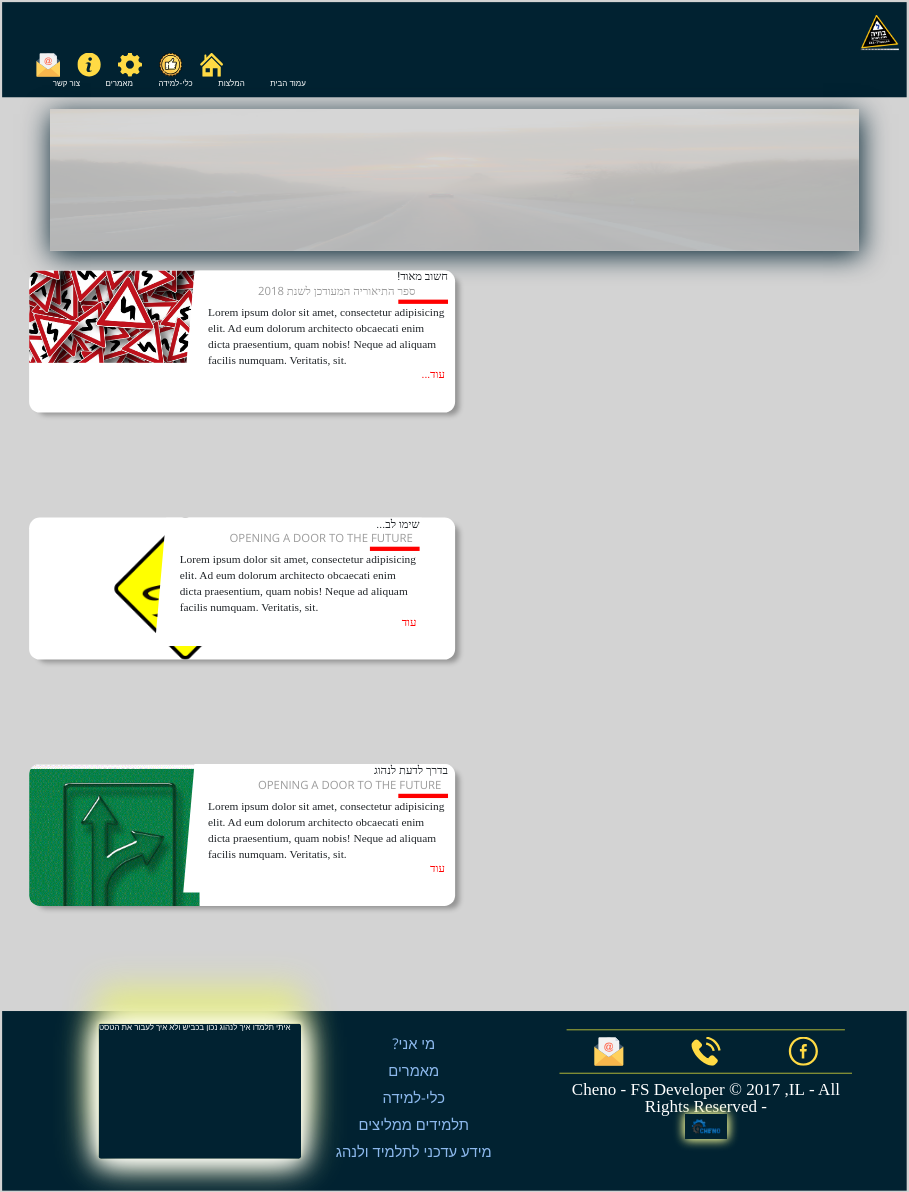
Repository: ChenGinsberg/BatyaLamed-site
Page: index.html
An editor plug-in stored every save of this project. The page is shown before and after the next save, followed by the edit.
The browser window is 1280 px wide. The pictures show the whole page, at 71% of full size.
Some web libraries are served in a nearby version.

Above is the page before, as saved 2017-11-14 01:14:51.

After the next save:
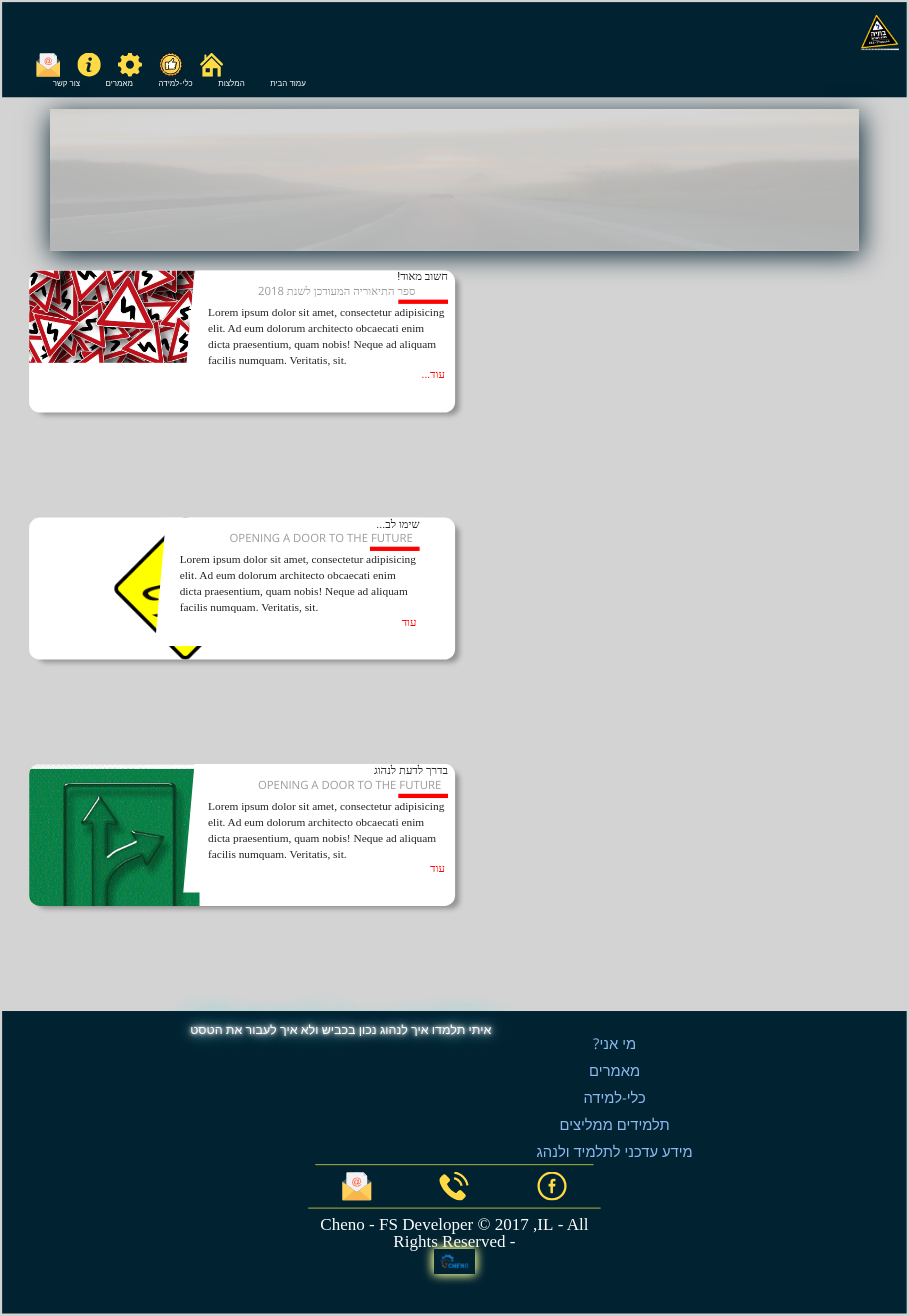
Saved 9 min 39 s later.
--- a/style/footer.css
+++ b/style/footer.css
@@ -12,17 +12,18 @@
 }
 
 .footer-quate {
+    text-align: center;
     margin-right: 1%;
     font-family: 'Varela Round', sans-serif;
     color: white;
     position: relative;
     left: 4.8%;
-    font-size: 0.70em;
+    font-size: 1.1em;
     border-radius: 3px;
     transition: all 0.3s ease;
     padding-right: 1.2%;
     top: -13px;
-    box-shadow: 0 8.2px 42px #fff, 0 0 31px #fff, 0 -1.8px 6.7px #e3e98e, 0 -51.8px 47px #e3e98e, 0 -1.3px 58px #e3e98e;
+    text-shadow: 0 0 5px #fff, 0 0 10px #fff, 0 0 20px #fff, 0 0 40px #0ff, 0 0 80px #0ff, 0 0 90px #0ff, 0 0 100px #0ff, 0 0 150px #0ff;
 }
 
 .generic-anchor {
